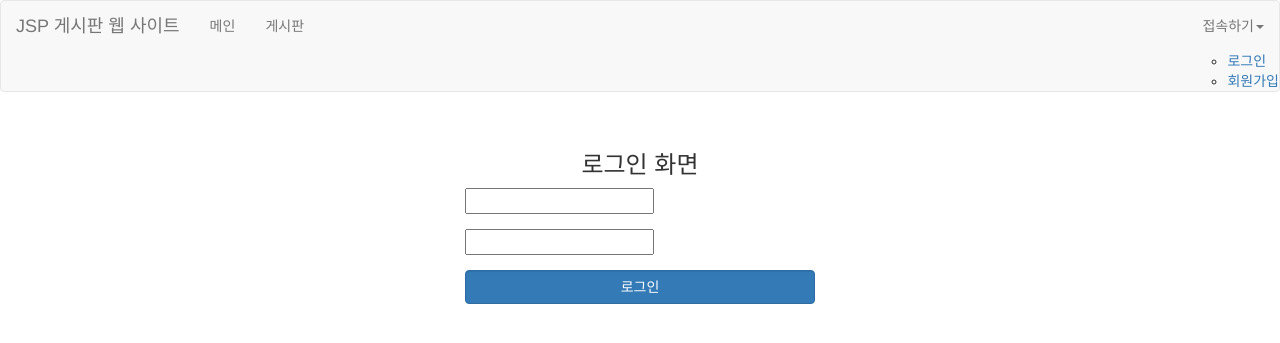
Repository: chyun94/JSP-
Page: http://localhost/BBS/login.jsp
An editor plug-in stored every save of this project. The page is shown before and after the next save, followed by the edit.
The browser window is 1280 px wide. The pictures show the whole page.
Some web libraries are served in a nearby version. The page is served by Tomcat 9. Other server files are loaded and not shown.

Above is the page before, as saved 2021-05-07 11:07:50.

### BBS/WebContent/login.jsp
<%@ page language="java" contentType="text/html; charset=UTF-8"
	pageEncoding="UTF-8"%>
<!DOCTYPE html>
<html>
<head>
<meta http-equiv="Content-Type" content="text/html; charset="UTF-8">
<!-- 아래 메타 태그는 디바이스마다 크기를 설정하기 위해서 작한한 메타 태그 -->
<meta name="viewport" content="width=device-width" , initial-scale="1">
<link rel="stylesheet" href="css/bootstrap.css">

<title>JSP 게시판 웹 사이트</title>
</head>
<body>
	<nav class="navbar navbar-default">
	<div class="navbar-header">
		<button type="button" class="navbar-toggle collapsed"
			data-toggle="collapse" data-target="#bs-example-navbar-collapse-1"
			aria-expanded="false">

			<span class="icon-bar"></span>
			<span class="icon-bar"></span>
			<span class="icon-bar"></span>

		</button>
		<a class="navbar-brand" href="main.jsp">JSP 게시판 웹 사이트</a>
	</div>
	<div class="collapse navbar-collapse" id="bs-example-navbar-collapse-1">
		<ul class="nav navbar-nav">
			<li><a href="main.jsp">메인</a></li>
			<li><a href="bbs.jsp">게시판</a></li>
		</ul>

		<ul class="nav navbar-nav navbar-right">
			<li class="dropdown">
				<a href="#" class="dropdown-toggle"
				data-toggle="dropdown" role="button" aria-haspopup="true"
				aria-expanded="false">접속하기<span class="caret"></span></a>

				<ul>
					<li class="active"><a href="login.jsp">로그인</a></li>
					<li><a href="join.jsp">회원가입</a></li>
				</ul>

			</li>
		</ul>
	</div>
	</nav>
	<div class="container">
		<div class="col-lg-4"></div>
		<div class="col-lg-4">
			<div class="jumbortron" style="padding-top:20px;">
				<h3 style="text-align: center;">로그인 화면</h3>
				<div class="form-group">
					<input type="text" class="form-control="아이디" name="userID" maxlength="20">
				</div>

				<div class="form-group">
					<input type="password" class="form-control="비밀번호" name="userPassword" maxlength="20">
				</div>
				<input type="submit" class="btn btn-primary form-control" value="로그인">
			</div>
		</div>
	</div>
	<script src="https://code.jquery.com/jquery-3.1.1.min.js"></script>
	<script src="js/bootstrap.js"></script>

</body>
</html>

Loaded but not shown: BBS/WebContent/css/bootstrap.css (library); BBS/WebContent/js/bootstrap.js (library)

After the next save:
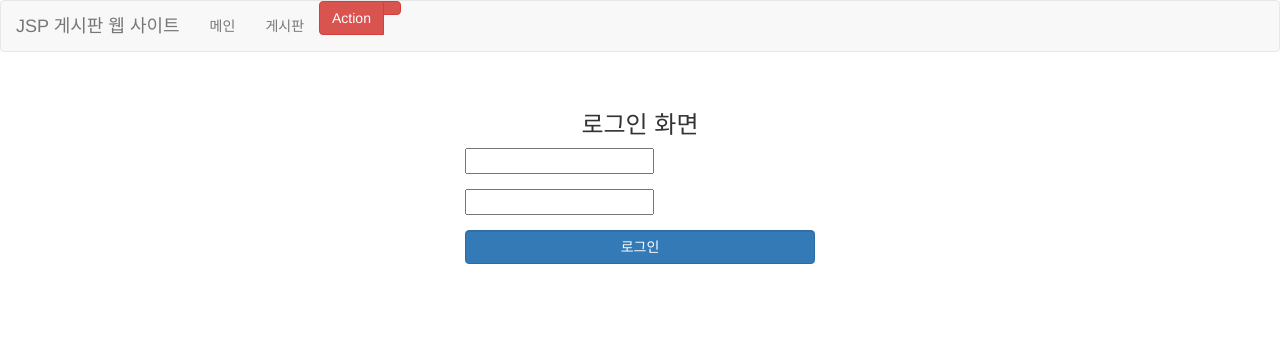
Saved 57 s later.
--- a/BBS/WebContent/login.jsp
+++ b/BBS/WebContent/login.jsp
@@ -12,52 +12,57 @@
 </head>
 <body>
 	<nav class="navbar navbar-default">
-	<div class="navbar-header">
-		<button type="button" class="navbar-toggle collapsed"
-			data-toggle="collapse" data-target="#bs-example-navbar-collapse-1"
-			aria-expanded="false">
+		<div class="navbar-header">
+			<button type="button" class="navbar-toggle collapsed"
+				data-toggle="collapse" data-target="#bs-example-navbar-collapse-1"
+				aria-expanded="false">
 
-			<span class="icon-bar"></span>
-			<span class="icon-bar"></span>
-			<span class="icon-bar"></span>
+				<span class="icon-bar"></span> <span class="icon-bar"></span> <span
+					class="icon-bar"></span>
 
-		</button>
-		<a class="navbar-brand" href="main.jsp">JSP 게시판 웹 사이트</a>
-	</div>
-	<div class="collapse navbar-collapse" id="bs-example-navbar-collapse-1">
-		<ul class="nav navbar-nav">
-			<li><a href="main.jsp">메인</a></li>
-			<li><a href="bbs.jsp">게시판</a></li>
-		</ul>
+			</button>
+			<a class="navbar-brand" href="main.jsp">JSP 게시판 웹 사이트</a>
+		</div>
+		<div class="collapse navbar-collapse"
+			id="bs-example-navbar-collapse-1">
+			<ul class="nav navbar-nav">
+				<li><a href="main.jsp">메인</a></li>
+				<li><a href="bbs.jsp">게시판</a></li>
+			</ul>
 
-		<ul class="nav navbar-nav navbar-right">
-			<li class="dropdown">
-				<a href="#" class="dropdown-toggle"
-				data-toggle="dropdown" role="button" aria-haspopup="true"
-				aria-expanded="false">접속하기<span class="caret"></span></a>
-
-				<ul>
-					<li class="active"><a href="login.jsp">로그인</a></li>
-					<li><a href="join.jsp">회원가입</a></li>
-				</ul>
-
-			</li>
-		</ul>
-	</div>
+			<div class="btn-group">
+				<button type="button" class="btn btn-danger">Action</button>
+				<button type="button"
+					class="btn btn-danger dropdown-toggle dropdown-toggle-split"
+					data-toggle="dropdown" aria-haspopup="true" aria-expanded="false">
+					<span class="sr-only">Toggle Dropdown</span>
+				</button>
+				<div class="dropdown-menu">
+					<a class="dropdown-item" href="#">Action</a> <a
+						class="dropdown-item" href="#">Another action</a> <a
+						class="dropdown-item" href="#">Something else here</a>
+					<div class="dropdown-divider"></div>
+					<a class="dropdown-item" href="#">Separated link</a>
+				</div>
+			</div>
+		</div>
 	</nav>
 	<div class="container">
 		<div class="col-lg-4"></div>
 		<div class="col-lg-4">
-			<div class="jumbortron" style="padding-top:20px;">
+			<div class="jumbortron" style="padding-top: 20px;">
 				<h3 style="text-align: center;">로그인 화면</h3>
 				<div class="form-group">
-					<input type="text" class="form-control="아이디" name="userID" maxlength="20">
+					<input type="text" class="form-control=" 아이디" name="userID"
+						maxlength="20">
 				</div>
 
 				<div class="form-group">
-					<input type="password" class="form-control="비밀번호" name="userPassword" maxlength="20">
+					<input type="password" class="form-control="
+						비밀번호" name="userPassword" maxlength="20">
 				</div>
-				<input type="submit" class="btn btn-primary form-control" value="로그인">
+				<input type="submit" class="btn btn-primary form-control"
+					value="로그인">
 			</div>
 		</div>
 	</div>
